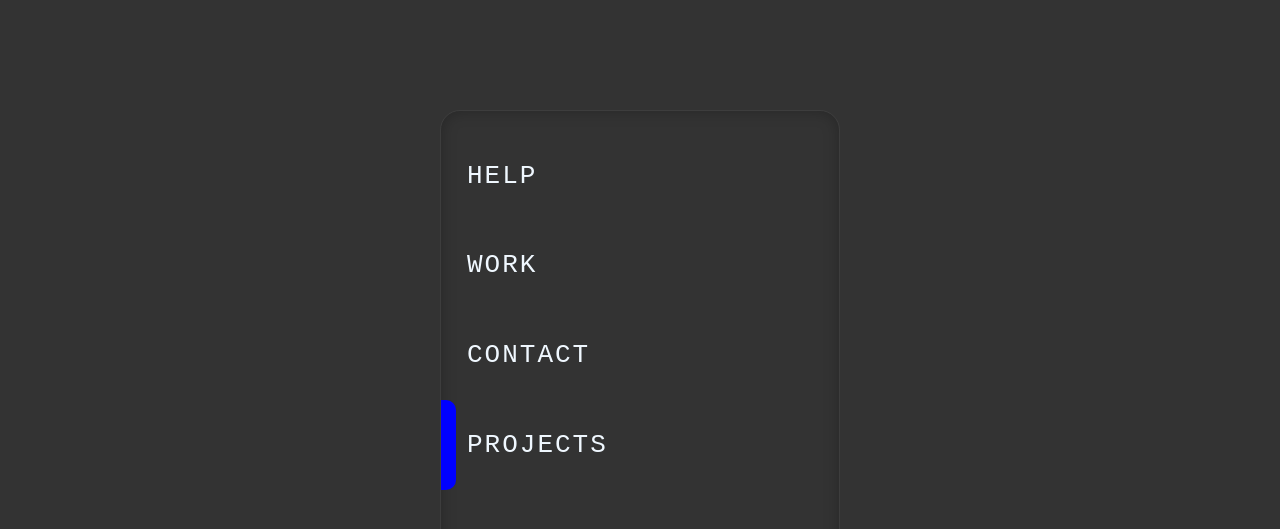
Repository: Rostyk-qq/Projects_Web
Page: menuRanLine/ranLine.html
These files come from the project's save history. The page is drawn as it stood at one moment and after the next save; the edit follows.
The browser window is 1280 px wide. The pictures show the whole page.

Above is the page before, as saved 2023-09-30 03:10:07.

### menuRanLine/ranLine.html
<!DOCTYPE html>
<html lang="en">
<head>
    <meta charset="UTF-8">
    <meta name="viewport" content="width=device-width, initial-scale=1.0">
    <link rel="stylesheet" href="./ranLine.css">
    <title>Document</title>
</head>
<body>
    <div class="wrapper">
        <ul class="menu">
            <li data-active-color="red" class="menu__list">
                <a href="#" class="menu__link">Help</a>
            </li>
            <li data-active-color="yellow"  class="menu__list">
                <a href="#" class="menu__link">Work</a>
            </li>
            <li data-active-color="green"  class="menu__list">
                <a href="#" class="menu__link">Contact</a>
            </li>
            <li data-active-color="blue"  class="menu__list _active">
                <a href="#" class="menu__link">Projects</a>
            </li>

            <div class="container__line">
                <div class="line"></div>
            </div>
        </ul>
    </div>
    <script src="./ranLine.js" ></script>
</body>
</html>

### menuRanLine/ranLine.css
*{
    margin: 0;
    padding: 0;
    box-sizing: border-box;
}
body{
    width: 100vw;
    height: 100vh;
    overflow: hidden;
}
.wrapper {
    width: 100%;
    height: 100%;
    display: grid;
    place-items: center;
    background-color: #333;
 }
.menu {
    position: relative;
    padding: 0;
    display: flex;
    flex-direction: column;
    flex-wrap: wrap;
    width: 400px;
    height: 500px;
    border-radius: 20px;
    overflow: hidden;
    display: flex;
    align-items:center;
}
.menu__list {
    list-style-type: none;
    width: 100%;
    height: 18%;
    display: flex;
    align-items: center;
}
.menu__list:nth-child(1){
    margin-top: 20px;
}
.menu__list:nth-child(4){
    margin-bottom: 20px;
}
.menu__link {
    text-transform: uppercase;
    text-decoration: none;
    letter-spacing: 2px;
    color: aliceblue;
    padding-left: 26px;
    font-size: 26px;
    font-family: 'Courier New', Courier, monospace;
}
.container__line {
    position: absolute;
    left: 0;
    top: 0;
    width: 15px;
    height: 100%;
}
.line {
    position: absolute;
    top: 0;
    left: 0;
    width: 100%;
    border-radius: 0px 10px 10px 0px;
}

.menu{
    border: 1px solid transparent;
    box-shadow: inset 0px 0px 15px 0px transparent;
}
.loaded .menu {
    border: 1px solid rgba(255, 255, 255, 0.05);
    box-shadow: inset 0px 0px 15px 0px rgb(0, 0, 0, 0.25);
    transition: all 1.2s ease;
}
.menu__link{
    transform: translateX(-100%);
}
.loaded .menu__link{
    transform: translateX(0%);
    transition: transform 1.2s ease;
}
.loaded .menu__list:nth-child(1) .menu__link{
    transition-delay: .5s;
}
.loaded .menu__list:nth-child(2) .menu__link{
    transition-delay: .7s;
}
.loaded .menu__list:nth-child(3) .menu__link{
    transition-delay: .9s;
}
.loaded .menu__list:nth-child(4) .menu__link{
    transition-delay: 1.1s;
}
.container__line .line{
    transform: translateX(-100%);
}
.loaded .container__line .line{
    transform: translateX(0%);
    transition: transform 2s ease;
    transition-delay: 1s;
}

### menuRanLine/ranLine.js

window.addEventListener('load', windowLoad);

function windowLoad(e) {
    document.documentElement.classList.add('loaded');

    const menu = document.querySelector('ul.menu');
    let menuActiveElement;

    if(menu){
        menuActiveElement = document.querySelector('.container__line .line')
        const menuActiveItem = menu.querySelector('.menu__list._active')

        menuActiveItem ? setStyles(menuActiveItem) : null;
        menu.addEventListener('click', effectCreate)
    }
    function effectCreate(e){
        const target = e.target;

        if(target.closest('.menu__list')){
            const getItem = target.closest('.menu__list');
            const getItemActive = menu.closest('.menu__list._active');

            if(!getItem.classList.contains('_active')){
                getItemActive ? getItemActive.classList.remove('_active') : null;
            }
            setStyles(getItem)
            e.preventDefault();
        }
    }
    function setStyles(menuActiveItem) {
        menuActiveItem.classList.add('_active')
        menuActiveElement.style.cssText = `
            height: ${menuActiveItem.offsetHeight}px;
            top: ${menuActiveItem.offsetTop}px;
            background-color: ${menuActiveItem.dataset.activeColor};
            transition: all 1s ease;
        `
    }
}

After the next save:
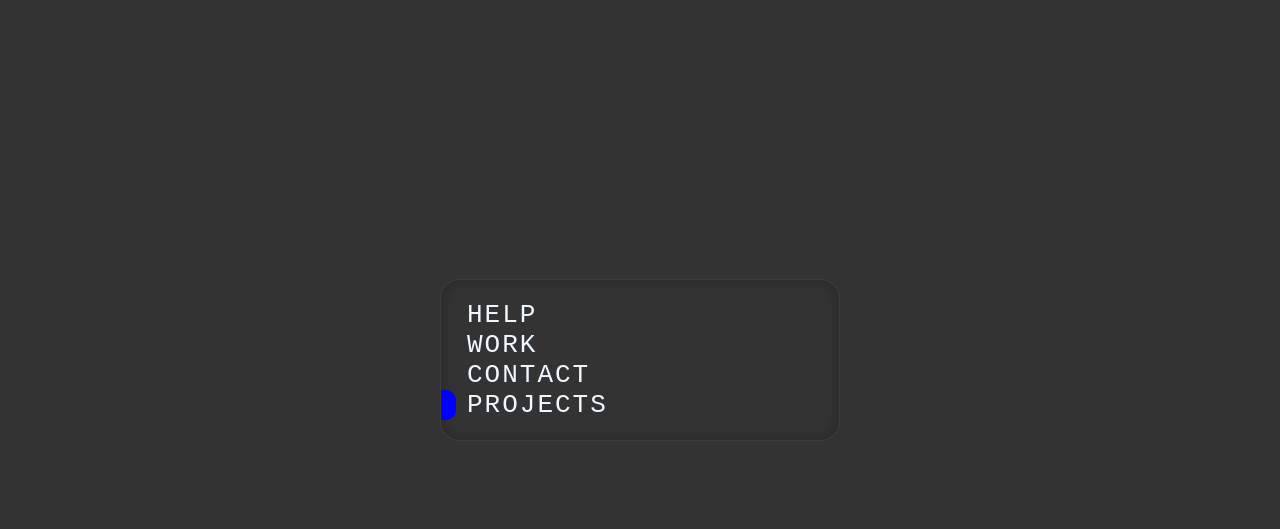
Saved 21 s later.
--- a/menuRanLine/ranLine.css
+++ b/menuRanLine/ranLine.css
@@ -22,7 +22,6 @@ body{
     flex-direction: column;
     flex-wrap: wrap;
     width: 400px;
-    height: 500px;
     border-radius: 20px;
     overflow: hidden;
     display: flex;
